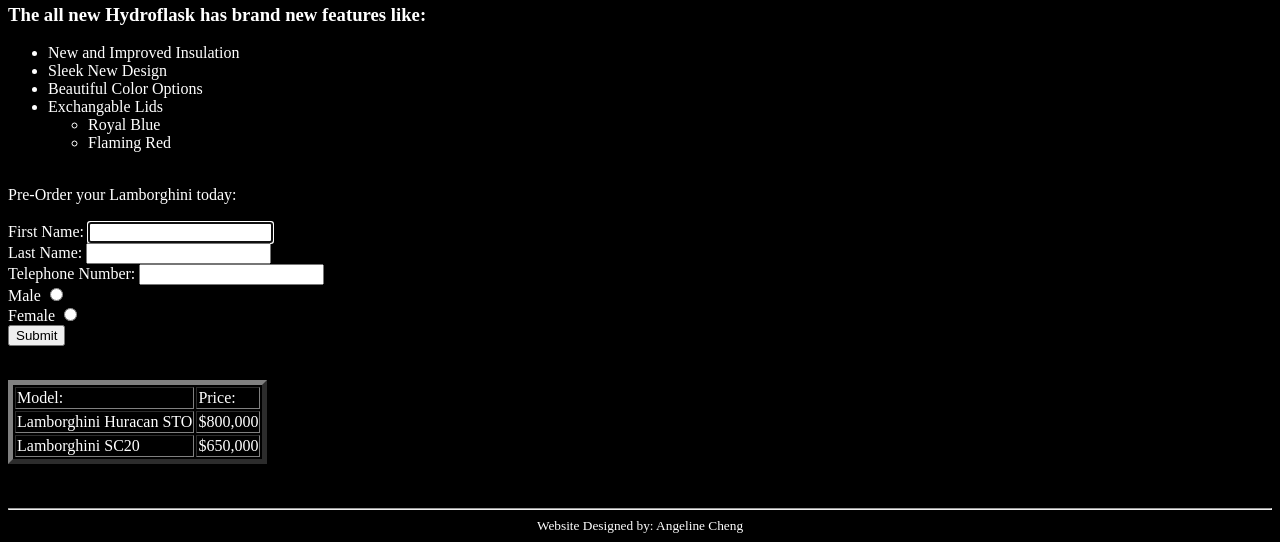
Repository: angelinecheng/Angeline-Cheng-Website
Page: lab1/index.html
The author's editor kept a record of every edit. The page is drawn from the files as they stood at one moment, then again after the next edit.
The browser window is 1280 px wide. The pictures show the part of the page from y = 417 to 977 px (the page is 959 px tall before and 977 px after).
A picture or video elsewhere on the page could not be fetched, so the positions and the page height are approximate.

Above is the page before.

After the next edit:
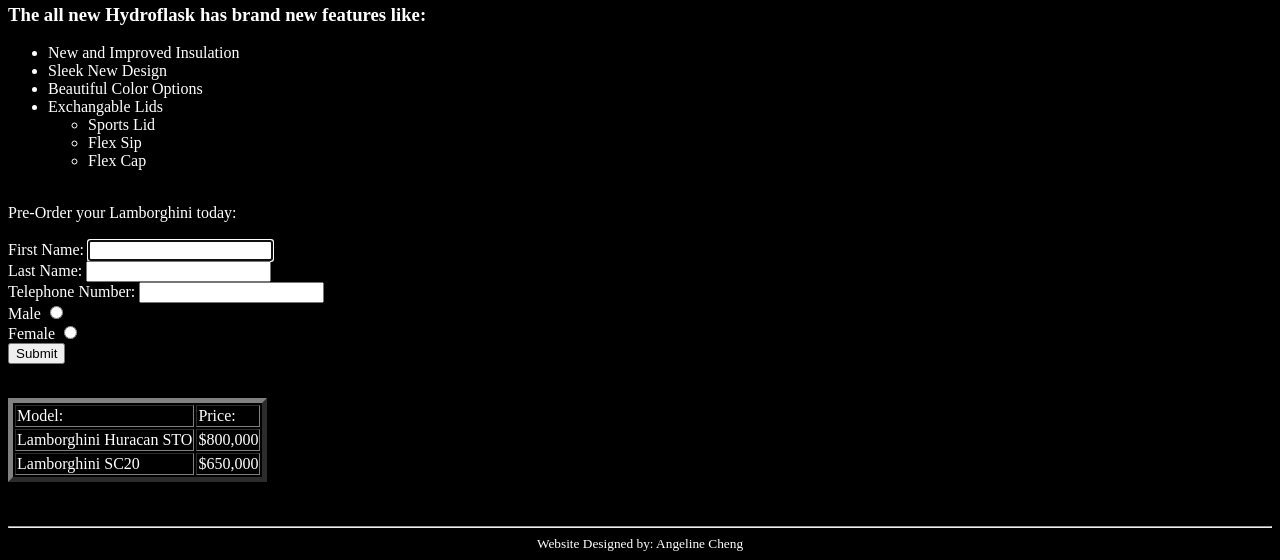
The edit:
--- a/lab1/index.html
+++ b/lab1/index.html
@@ -27,8 +27,9 @@
                 <li> Beautiful Color Options</li>
                 <li> Exchangable Lids</li>
                 <ul>
-                    <li>Royal Blue</li>
-                    <li>Flaming Red</li>
+                    <li>Sports Lid</li>
+                    <li>Flex Sip</li>
+                    <li>Flex Cap</li>
                 </ul>
             </ul>
         </p>
